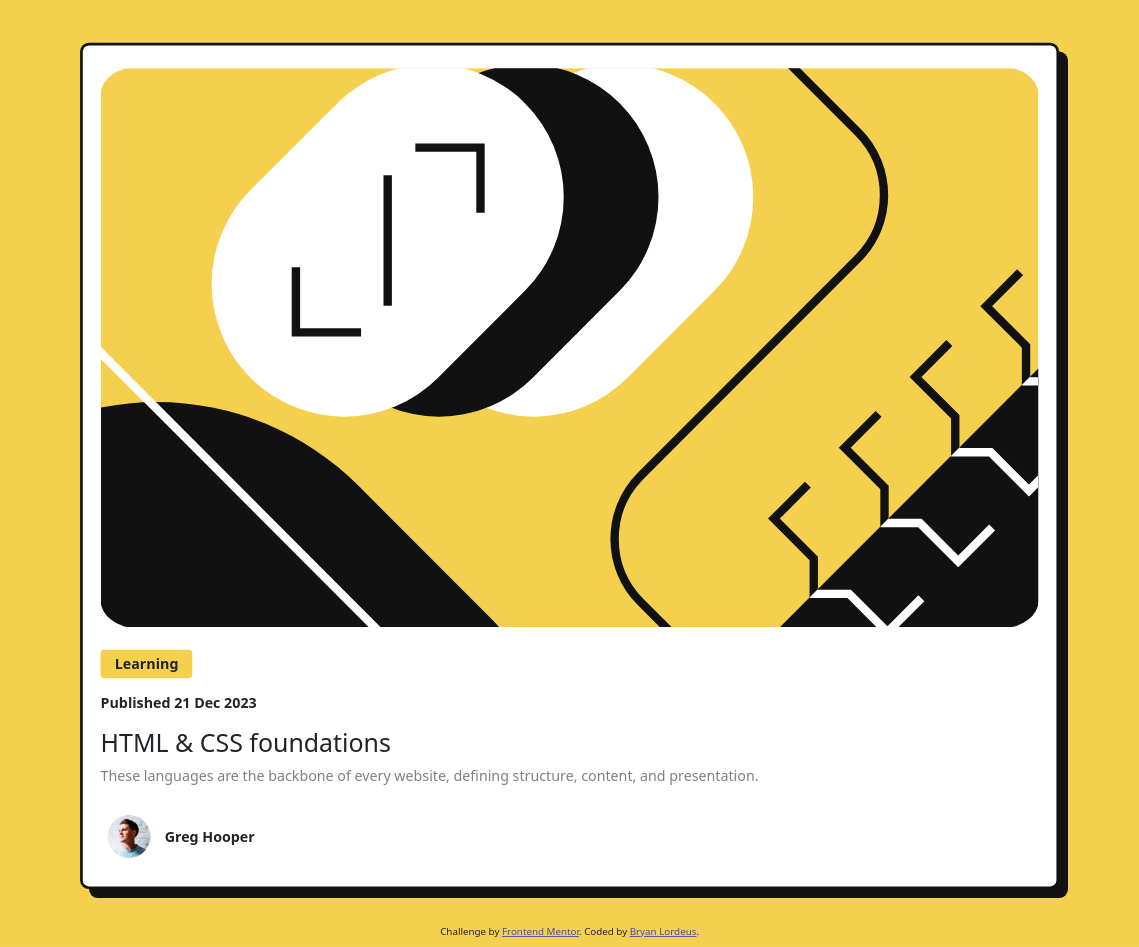
Repository: blordeus/blog-preview-card
Page: index.html
These files come from the project's save history. The page is drawn as it stood at one moment and after the next save; the edit follows.
The browser window is 1280 px wide. The pictures show the whole page, at 89% of full size.
The style sheet was rebuilt from its Sass, Less or Tailwind sources for each picture, by a compiler version that may differ from the author's.

Above is the page before, as saved 2024-02-10 10:42:51.

### index.html
<!DOCTYPE html>
<html lang="en">
<head>
  <meta charset="UTF-8">
  <meta name="viewport" content="width=device-width, initial-scale=1.0"> <!-- displays site properly based on user's device -->

  <link rel="icon" type="image/png" sizes="32x32" href="./assets/images/favicon-32x32.png">
  <link rel="stylesheet" href="style.css">
  <link href="https://cdn.jsdelivr.net/npm/bootstrap@5.1.3/dist/css/bootstrap.min.css" rel="stylesheet" integrity="sha384-1BmE4kWBq78iYhFldvKuhfTAU6auU8tT94WrHftjDbrCEXSU1oBoqyl2QvZ6jIW3" crossorigin="anonymous">
  <title>Frontend Mentor | Blog preview card</title>

</head>
<body class="yellow-bg container">
<main class=" white-bg black-shadow row py-4 px-2 mx-2 my-5 grid grid-rows-4 justify-items-center align-content-start">
    <img class="rounded-edges" src="assets\images\illustration-article.svg" alt="header image">
    <div class="mt-4">
      <p class="yellow-bg d-inline-block px-3 py-1 rounded fw-bold">Learning</p>
    </div>

    <p class="fw-bold">Published 21 Dec 2023</p>

    <h1 class="h3">HTML & CSS foundations</h1>

    <p class="grey-text">These languages are the backbone of every website, defining structure, content, and presentation.</p>

    <div class="d-flex gap-2 pt-2 align-items-center">
      <img class="greg" src="assets\images\image-avatar.webp" alt="author image">
      <p class="mt-3 fw-bold">Greg Hooper</p>
    </div>

</main>
<div class="attribution d-none d-sm-block translate-middle-y">
    Challenge by <a href="https://www.frontendmentor.io?ref=challenge" target="_blank">Frontend Mentor</a>.
    Coded by <a href="www.bryanlordeus.com">Bryan Lordeus</a>.
  </div>
</body>
</html>

### style.scss
@font-face {
    font-family: Figtree;
    src: url(./assets/fonts/Figtree-VariableFont_wght.ttf);
}

@font-face {
    font-family: Figtree-Italic;
    src: url(./assets/fonts/Figtree-Italic-VariableFont_wght.ttf) format("truetype");
    font-style: italic;
}

// Primary

$Yellow: hsl(47, 88%, 63%);

// Neutral

$White: hsl(0, 0%, 100%);
$Grey: hsl(0, 0%, 50%);
$Black: hsl(0, 0%, 7%);

body {
    font-family: Figtree;
}

main{
    border-radius: 10px;
}

.rounded-edges {
    border-radius: 5%;
}

p {
    font-size: 16px;
}


.yellow-bg {
    background-color: $Yellow;

}

.black-bg {
    background-color: $Black;
}

//create a black shadow for the box that offsets to the right and bottom

.black-shadow {
    box-shadow: 10px 10px 0px $Black;
    border: 1px solid $Black;
}

.grey-text {
    color: $Grey;
}

.white-bg {
    background-color: $White;
}

.black-text {
    color: $Black;
}

.greg {
    scale: 0.75;
}

.attribution { font-size: 11px; text-align: center; }
.attribution a { color: hsl(228, 45%, 44%); }

//media query for desktop

@media (min-width: 768px) {
    .black-shadow {
        box-shadow: 10px 10px 0px $Black;
        border: 3px solid $Black;
    }

    main {
       padding: 3rem 2rem;
    }
}

After the next save:
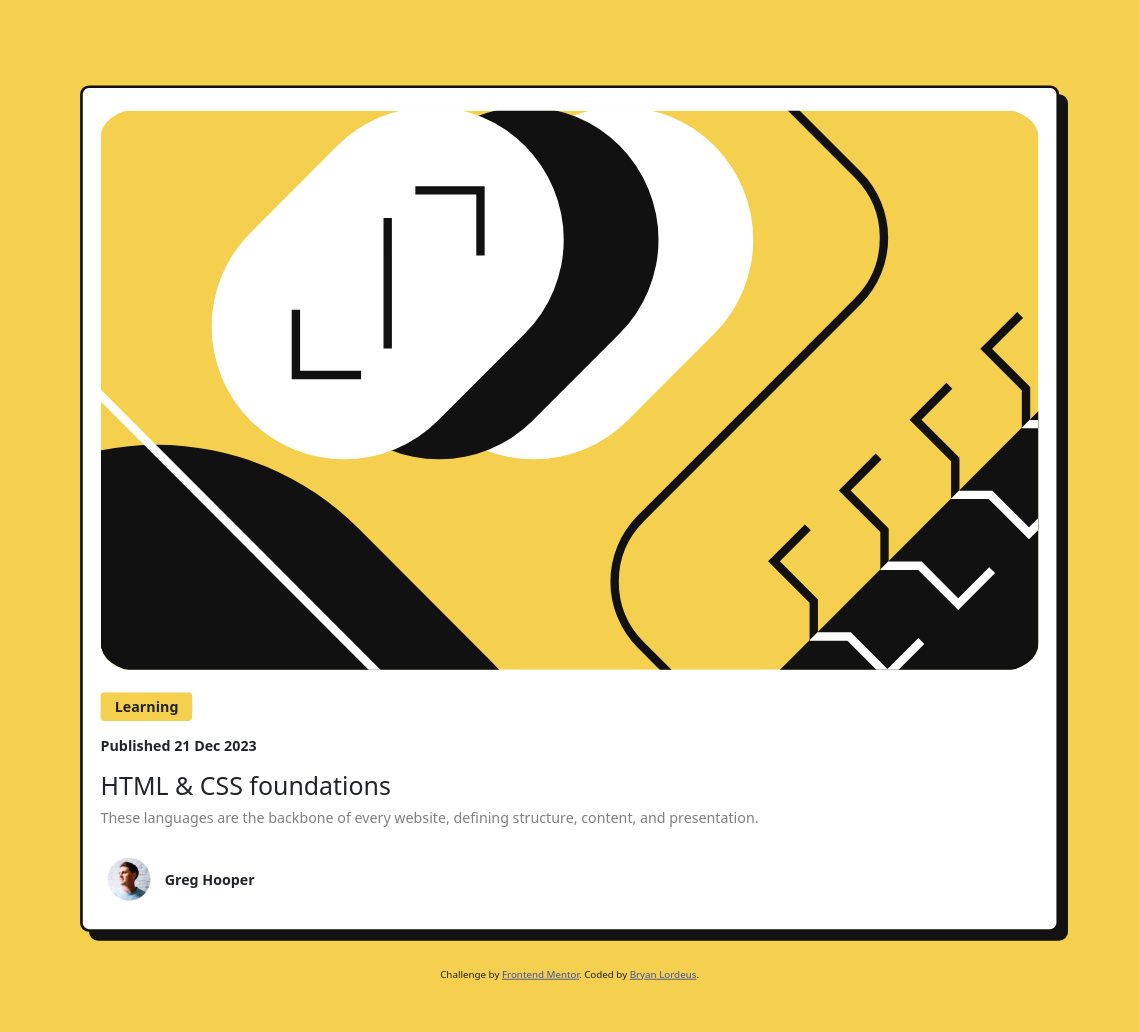
Saved 54 s later.
--- a/style.scss
+++ b/style.scss
@@ -79,7 +79,7 @@ p {
         border: 3px solid $Black;
     }
 
-    main {
+    body {
        padding: 3rem 2rem;
     }
 }
